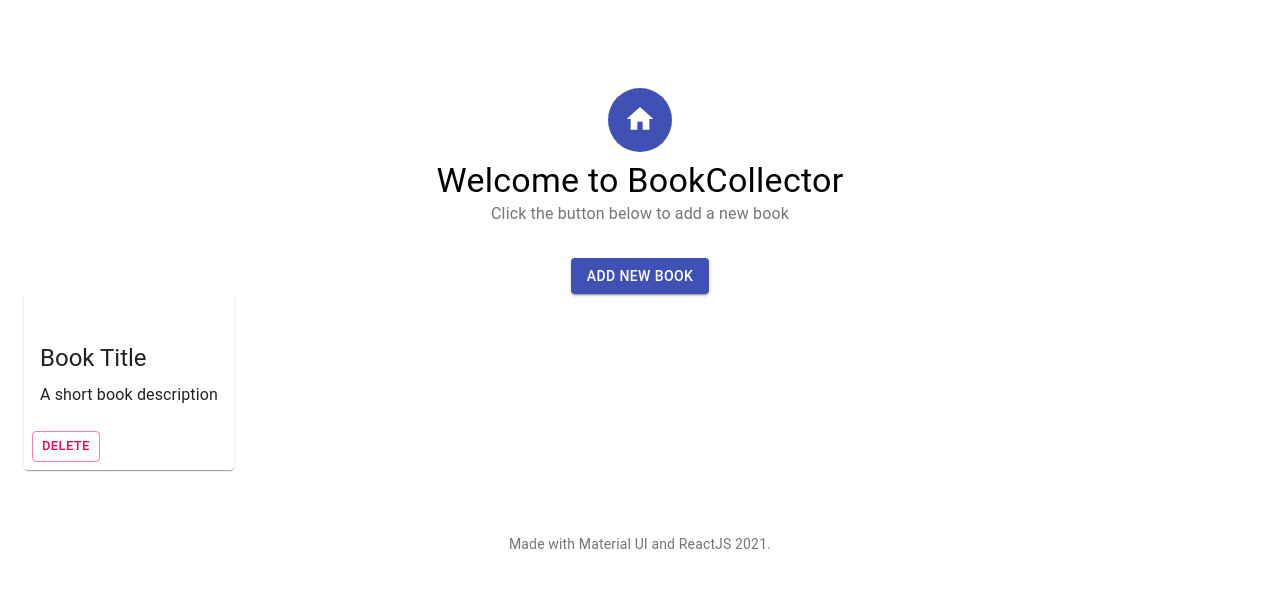
Repository: Colo-Codes/mini-project-react-book-collector
Page: /
The author's editor kept a copy of each file at every save. The page is drawn from the files as they stood at one save, then again after the next save.
The browser window is 1280 px wide. The pictures show the whole page.
The project was rebuilt for these pictures with package versions that can differ from the ones it lists, and the page was loaded fresh each time. Also part of the build but not shown: src/Books/AddBookForm.js.

Above is the page before, as saved 2021-08-25 08:45:58.

### src/App.js
import React, { useState } from 'react';

import { Box, Button, makeStyles, Container, Grid, Card, CardContent, CardActions, Typography, CardHeader } from '@material-ui/core';
import { Home } from '@material-ui/icons';

import AddBookForm from './Books/AddBookForm';
import Copyright from './UI/Copyright';
import Header from './UI/Header';

const useStyles = makeStyles(theme => ({
  paper: {
    marginTop: theme.spacing(10),
    display: 'flex',
    flexDirection: 'column',
    alignItems: 'center',
  },
  icon: {
    color: 'white',
    width: theme.spacing(4),
    height: theme.spacing(4),
  },
  button: {
    marginTop: theme.spacing(4),
  }
}));

function App() {
  const [showAddBookForm, setShowAddBookForm] = useState(false);

  const classes = useStyles();

  const addNewBookHandler = () => {
    setShowAddBookForm(true);
  }

  return (
    <React.Fragment>
      <header className={classes.paper}>
        {showAddBookForm && <AddBookForm />} {/* Conditional Rendering */}
        {!showAddBookForm && <Header headerIcon={<Home className={classes.icon} />} headerContent={'Welcome to BookCollector'} textContent={'Click the button below to add a new book'} />} {/* Conditional Rendering */}
        {!showAddBookForm && <Button variant="contained" color="primary" onClick={addNewBookHandler} className={classes.button} >Add new book</Button>} {/* Conditional Rendering */}
      </header>
      <main>
        <Container>
          <Grid container>

            <Grid item>
              <Card>
                <CardHeader>

                </CardHeader>
                <CardContent>
                  <Typography gutterBottom variant="h5" component="h2">
                    Book Title
                  </Typography>
                  <Typography variant="body1">
                    A short book description
                  </Typography>
                </CardContent>
                <CardActions>
                  <Button variant="outlined" size="small" color="secondary">
                    Delete
                  </Button>
                </CardActions>
              </Card>

            </Grid>
          </Grid>

        </Container>
      </main>
      <footer>
        <Box mt={8}><Copyright /></Box>
      </footer>
    </React.Fragment>
  );
}

export default App;

### src/UI/Copyright.js
import { Typography } from "@material-ui/core";
import { Link } from "@material-ui/core";

function Copyright() {
    return (
        <Typography variant="body2" color="textSecondary" align="center">
            {'Made with '}
            <Link color="inherit" href="https://material-ui.com/" target="_blank">
                Material UI
            </Link>{' and '}
            <Link color="inherit" href="https://reactjs.org/" target="_blank">
                ReactJS
            </Link>{' '}
            {new Date().getFullYear()}
            {'.'}
        </Typography>
    );
}

export default Copyright;

### src/UI/Header.js
import { Avatar, Typography, makeStyles } from "@material-ui/core";
import { Home } from '@material-ui/icons';

const useStyles = makeStyles(theme => ({
    paper: {
        // marginTop: theme.spacing(10),
        display: 'flex',
        flexDirection: 'column',
        alignItems: 'center',
    },
    avatar: {
        margin: theme.spacing(1),
        width: theme.spacing(8),
        height: theme.spacing(8),
        backgroundColor: theme.palette.primary.main,
    },
    lightGray: {
        color: theme.palette.text.secondary,
    },
}));

const Header = props => {
    const classes = useStyles();

    return (
        <div className={classes.paper}>
            <Avatar className={classes.avatar}>
                <div className={classes.icon}>{props.headerIcon}</div>
            </Avatar>
            <Typography variant="h4" component="h2">{props.headerContent}</Typography>
            <Typography variant="body1" className={classes.lightGray}>{props.textContent}</Typography>
        </div>
    );
}

export default Header;

Loaded but not shown: public/index.html (common file); src/index.js (common file); src/index.css (common file)

After the next save:
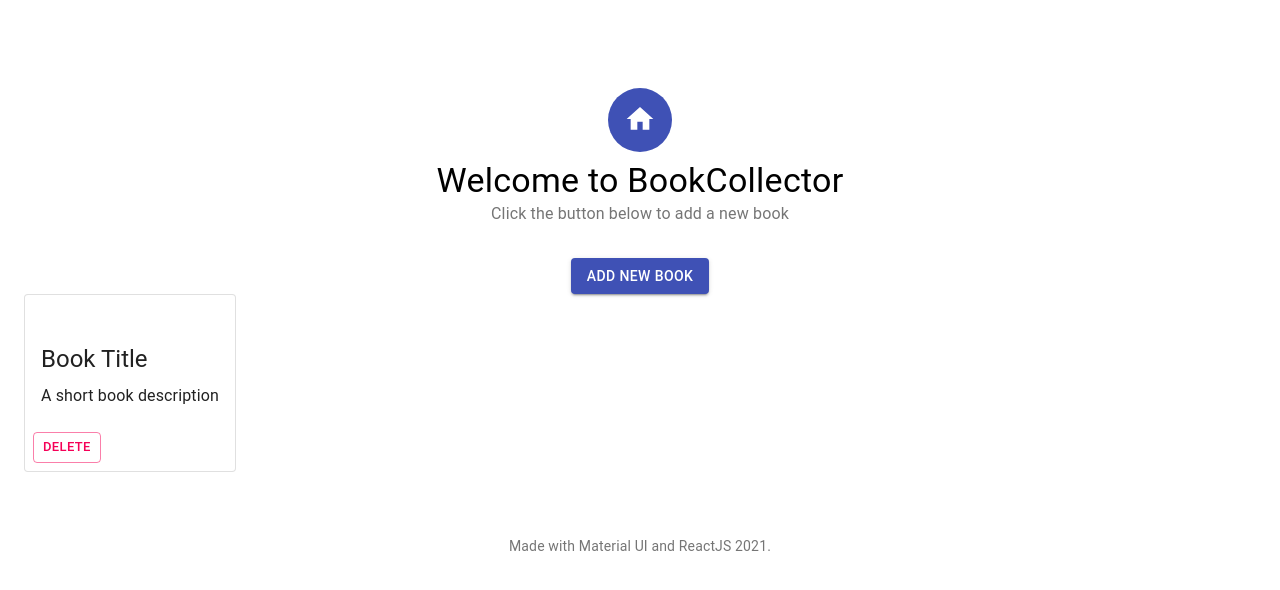
Saved 26 s later.
--- a/src/App.js
+++ b/src/App.js
@@ -45,7 +45,7 @@ function App() {
           <Grid container>
 
             <Grid item>
-              <Card>
+              <Card variant="outlined">
                 <CardHeader>
 
                 </CardHeader>
